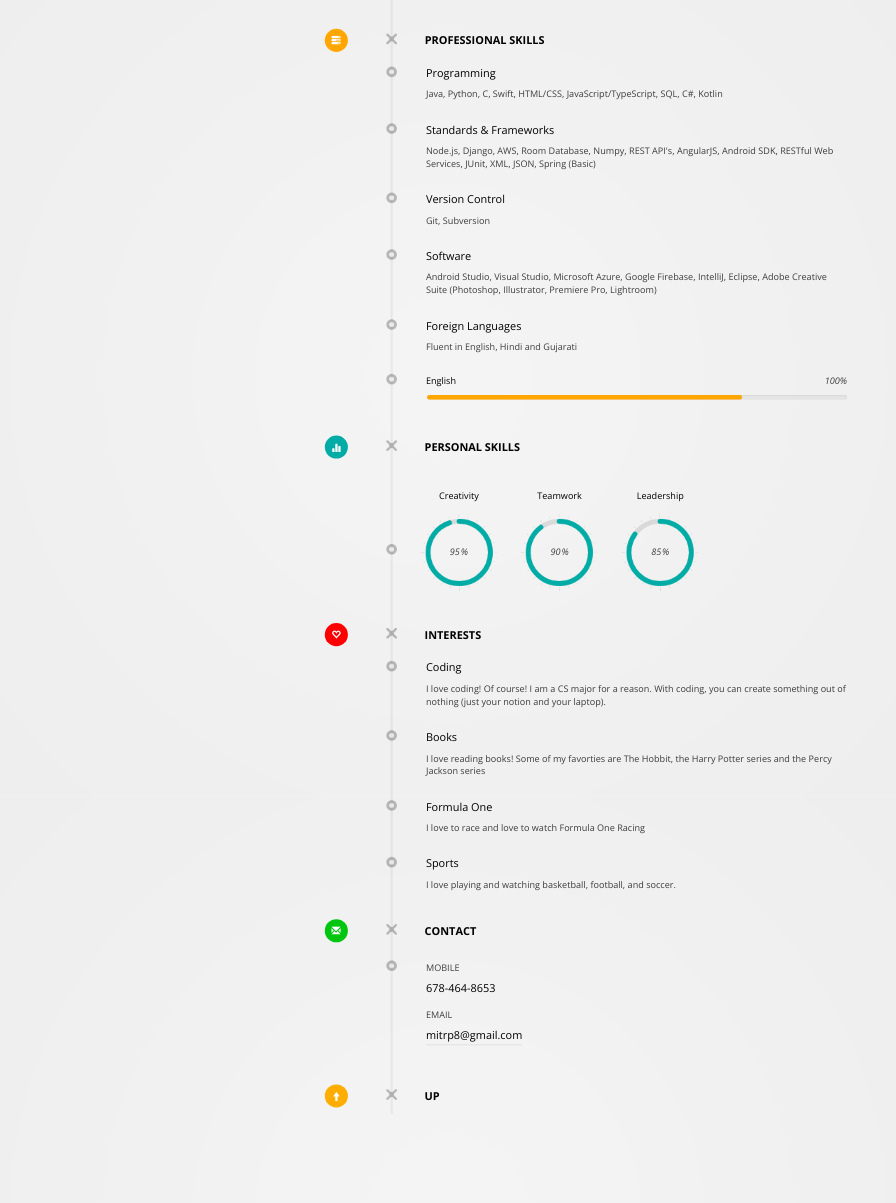
Repository: mitrpatel/mitrpatel.github.io
Page: main.html
The author's editor kept a copy of each file at every save. The page is drawn from the files as they stood at one save, then again after the next save.
The browser window is 1280 px wide. The pictures show the part of the page from y = 3663 to 5583 px (the page is 5382 px tall before and 5583 px after), at 70% of full size.
Backgrounds fixed to the window are drawn as part of the page.

Above is the page before, as saved 2024-01-31 21:43:09.

After the next save:
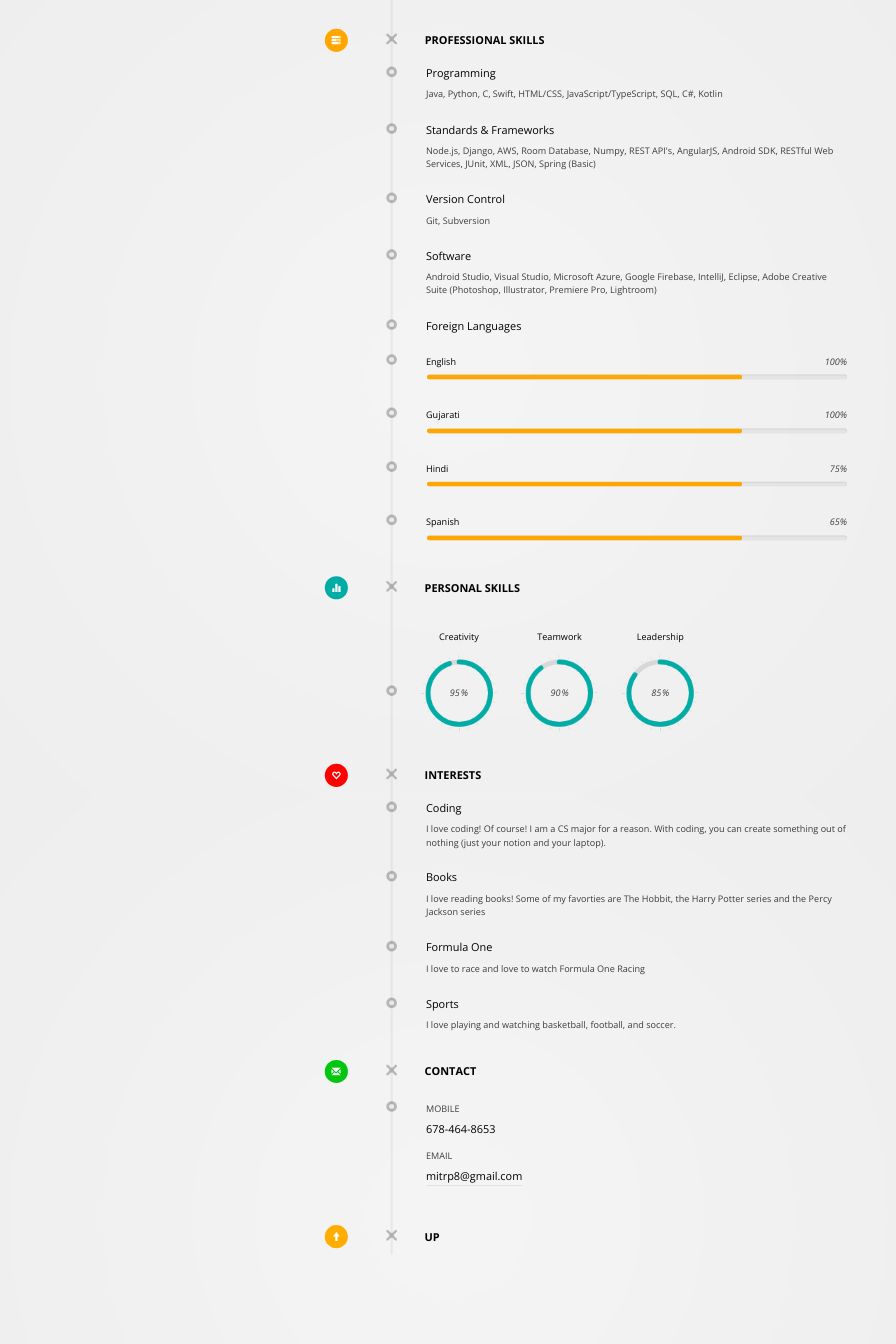
Saved 52 s later.
--- a/main.html
+++ b/main.html
@@ -310,11 +310,27 @@
                     </li>
                     <li>
                         <p><strong>Foreign Languages</strong>
-                        </strong></p>
-                        <p class="description">Fluent in English, Hindi and Gujarati</p>
                     </li>
                     <li>
                         <p>English<span class="annotation pull-right">100%</span></p>
+                        <div class="progress">
+                            <div class="progress-bar progress-bar-success" role="progressbar" aria-valuenow="75" aria-valuemin="0" aria-valuemax="100"></div>
+                        </div>
+                    </li>
+                    <li>
+                        <p>Gujarati<span class="annotation pull-right">100%</span></p>
+                        <div class="progress">
+                            <div class="progress-bar progress-bar-success" role="progressbar" aria-valuenow="75" aria-valuemin="0" aria-valuemax="100"></div>
+                        </div>
+                    </li>
+                    <li>
+                        <p>Hindi<span class="annotation pull-right">75%</span></p>
+                        <div class="progress">
+                            <div class="progress-bar progress-bar-success" role="progressbar" aria-valuenow="75" aria-valuemin="0" aria-valuemax="100"></div>
+                        </div>
+                    </li>
+                    <li>
+                        <p>Spanish<span class="annotation pull-right">65%</span></p>
                         <div class="progress">
                             <div class="progress-bar progress-bar-success" role="progressbar" aria-valuenow="75" aria-valuemin="0" aria-valuemax="100"></div>
                         </div>
